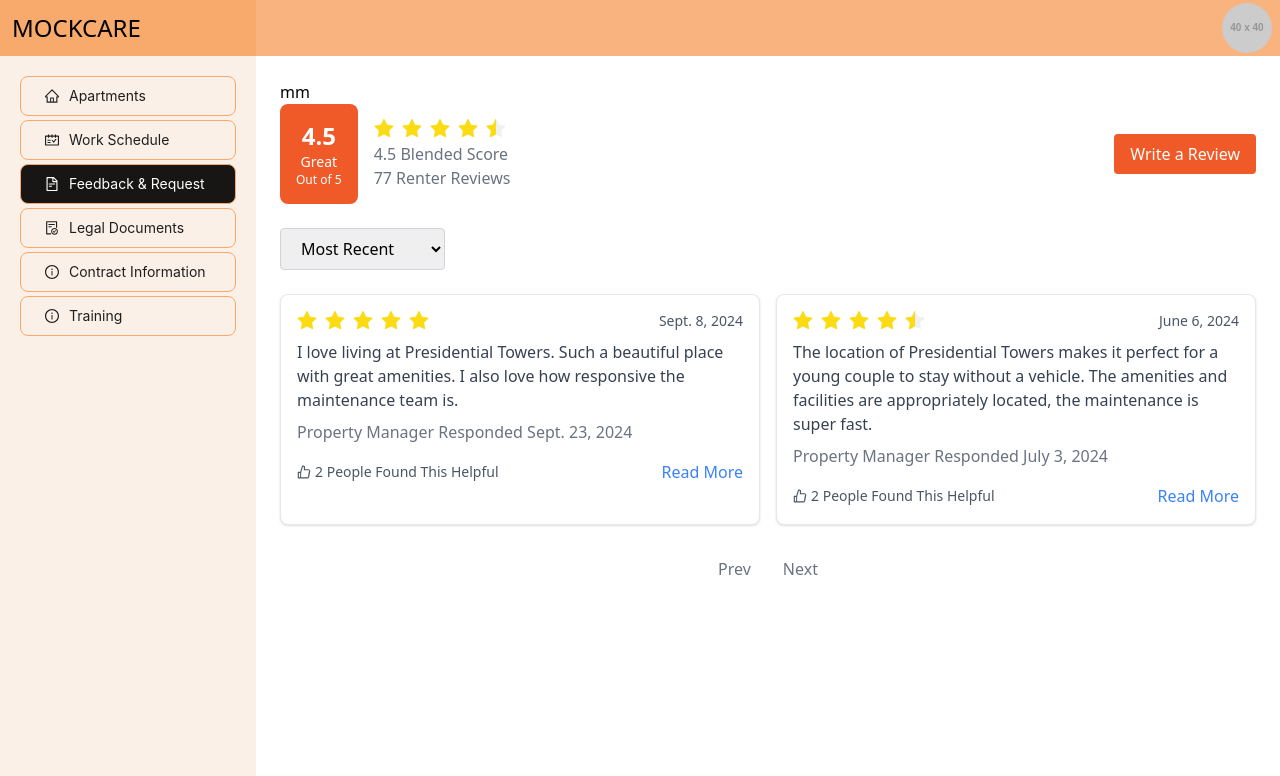
Repository: dunh-real/MockProject_102024_Nhom4
Page: / (app in frontend/)
These files come from the project's save history. The page is drawn as it stood at one moment and after the next save; the edit follows.
The browser window is 1280 px wide. The pictures show the whole page.
The project was rebuilt for these pictures with package versions that can differ from the ones it lists, and the page was loaded fresh each time. Also part of the build but not shown: frontend/vite.config.js, frontend/vite.config.ts, frontend/src/App.css, frontend/src/component/ReviewModal.tsx.

Above is the page before, as saved 2024-10-09 12:58:41.

### frontend/src/App.tsx

import './App.css'
import ReviewList from './pages/Feedback&Request/Feedback&Request'
// import LoginForm from './pages/Login/Login'

function App() {


  return (
    <>
      {/* <LoginForm/> */}
      <ReviewList/>
    </>
  )
}

export default App

### frontend/src/pages/Feedback&Request/Feedback&Request.tsx
import React, { useState } from 'react';
import { Rate } from 'antd'; // Dùng Antd cho Rate, có thể thay thế bằng biểu tượng của Tailwind nếu cần
import { LikeOutlined } from '@ant-design/icons';
import ReviewModal from '../../component/ReviewModal';
import Sidebar from '../../component/Sidebar';

interface Review {
    date: string;
    rating: number;
    text: string;
    managerResponse: string;
    helpfulCount: number;
}

const reviews: Review[] = [
    {
        date: 'Sept. 8, 2024',
        rating: 5,
        text: 'I love living at Presidential Towers. Such a beautiful place with great amenities. I also love how responsive the maintenance team is.',
        managerResponse: 'Property Manager Responded Sept. 23, 2024',
        helpfulCount: 2,
    },
    {
        date: 'June 6, 2024',
        rating: 4.5,
        text: 'The location of Presidential Towers makes it perfect for a young couple to stay without a vehicle. The amenities and facilities are appropriately located, the maintenance is super fast.',
        managerResponse: 'Property Manager Responded July 3, 2024',
        helpfulCount: 2,
    },
];

const ReviewList: React.FC = () => {
    const [showModal, setShowModal] = useState<boolean>(false);
    const [page, setPage] = useState<number>(1);

    const handlePageChange = (page: number) => {
        setPage(page);
    };

    const handleSortChange = (value: string) => {
        console.log(`Sort by: ${value}`);
    };

    return (
        <div className=" min-h-screen  bg-gray-50">
            <div className='flex  bg-[#f8a769d9]  justify-between items-center'>
                <div className=' bg-[#f8a769d9] p-3 w-1/5'>
                    <h1 className='text-2xl'>MOCKCARE</h1>
                </div>
                <div className="flex  justify-end">
                    <img
                        src="https://via.placeholder.com/40"
                        alt="Avatar"
                        className="rounded-full w-[50px] h-[50px] mr-2"
                    />
                </div>
            </div>
            <div className="flex">
                <Sidebar/>
                <div className="w-4/5 p-6 bg-white">
                <div>
                    mm
                </div>
                    <div className="flex justify-between items-center mb-6">
                        <div className="flex items-center">
                            <div className="bg-[#f05a28] text-white text-center p-4 rounded-lg">
                                <div className="text-2xl font-bold">4.5</div>
                                <div className="text-sm">Great</div>
                                <div className="text-xs">Out of 5</div>
                            </div>
                            <div className="ml-4">
                                <Rate allowHalf defaultValue={4.5} disabled />
                                <div className="text-gray-500">4.5 Blended Score</div>
                                <div className="text-gray-500">77 Renter Reviews</div>
                            </div>
                        </div>
                        <button
                            onClick={() => setShowModal(true)}
                            className="bg-[#f05a28] text-white px-4 py-2 rounded hover:bg-[#f25f30]"
                        >
                            Write a Review
                        </button>
                    </div>
                    <div className="mb-6 flex justify-between">
                        <select
                            onChange={(e) => handleSortChange(e.target.value)}
                            className="border border-gray-300 rounded px-4 py-2"
                        >
                            <option value="recent">Most Recent</option>
                            <option value="highest">Highest Rating</option>
                            <option value="lowest">Lowest Rating</option>
                        </select>
                    </div>
                    <div className="grid grid-cols-1 md:grid-cols-2 gap-4">
                        {reviews.slice((page - 1) * 2, page * 2).map((review, index) => (
                            <div key={index} className="p-4 border border-gray-200 rounded-lg bg-white shadow">
                                <div className="flex justify-between items-center mb-2">
                                    <Rate allowHalf defaultValue={review.rating} disabled />
                                    <span className="text-sm text-gray-600">{review.date}</span>
                                </div>
                                <p className="text-gray-700">{review.text}</p>
                                <p className="text-gray-500 mt-2">{review.managerResponse}</p>
                                <div className="flex justify-between items-center mt-4">
                                    <div className="flex items-center text-sm text-gray-600">
                                        <LikeOutlined className="mr-1" />
                                        {review.helpfulCount} People Found This Helpful
                                    </div>
                                    <button className="text-blue-500">Read More</button>
                                </div>
                            </div>
                        ))}
                    </div>
                    <div className="flex justify-center mt-6">
                        <button
                            onClick={() => handlePageChange(page - 1)}
                            className="px-4 py-2 text-gray-500"
                            disabled={page === 1}
                        >
                            Prev
                        </button>
                        <button
                            onClick={() => handlePageChange(page + 1)}
                            className="px-4 py-2 text-gray-500"
                        >
                            Next
                        </button>
                    </div>
                </div>
            </div>
            {showModal && <ReviewModal setShowModal={setShowModal} />}
        </div>
    );
};

export default ReviewList;

### frontend/src/component/Sidebar.tsx
import { Menu } from 'antd';
import { HomeOutlined, ScheduleOutlined, FileTextOutlined, FileDoneOutlined, InfoCircleOutlined } from '@ant-design/icons';

const Sidebar = () => {
  return (
    <div style={{ width: '20%', minHeight: '100vh', backgroundColor: '#FAF0E8', padding: '1rem' }}>
      <Menu
        defaultSelectedKeys={['feedback']}
        mode="inline"
        style={{ backgroundColor: '#FAF0E8', borderRight: 0 }}
      >
        <Menu.Item
          key="apartments"
          icon={<HomeOutlined />}
          style={{
            padding: '12px 24px',
            border:1, borderStyle:'solid', borderColor:'#F8A869'
          }}
        >
          Apartments
        </Menu.Item>
        <Menu.Item
          key="schedule"
          icon={<ScheduleOutlined />}
          style={{
            padding: '12px 24px',
            border:1, borderStyle:'solid', borderColor:'#F8A869'
          }}
        >
          Work Schedule
        </Menu.Item>
        <Menu.Item
          key="feedback"
          icon={<FileTextOutlined />}
          style={{
            backgroundColor: '#171615',
            color: 'white',
            padding: '12px 24px',
            border:1, borderStyle:'solid', borderColor:'#F8A869'
          }}
        >
          Feedback & Request
        </Menu.Item>
        <Menu.Item
          key="legal"
          icon={<FileDoneOutlined />}
          style={{
            padding: '12px 24px',
            border:1, borderStyle:'solid', borderColor:'#F8A869'
          }}
        >
          Legal Documents
        </Menu.Item>
        <Menu.Item
          key="contract"
          icon={<InfoCircleOutlined />}
          style={{
            padding: '12px 24px',
            border:1, borderStyle:'solid', borderColor:'#F8A869'
          }}
        >
          Contract Information
        </Menu.Item>
        <Menu.Item
          key="training"
          icon={<InfoCircleOutlined />}
          style={{
            padding: '12px 24px',
            border: 1, borderStyle: 'solid', borderColor: '#F8A869'
          }}
        >
          Training
        </Menu.Item>
      </Menu>
    </div>
  );
};

export default Sidebar;

Loaded but not shown: frontend/index.html (common file); frontend/src/main.jsx (common file); frontend/src/index.css (common file); frontend/tailwind.config.js (common file)

After the next save:
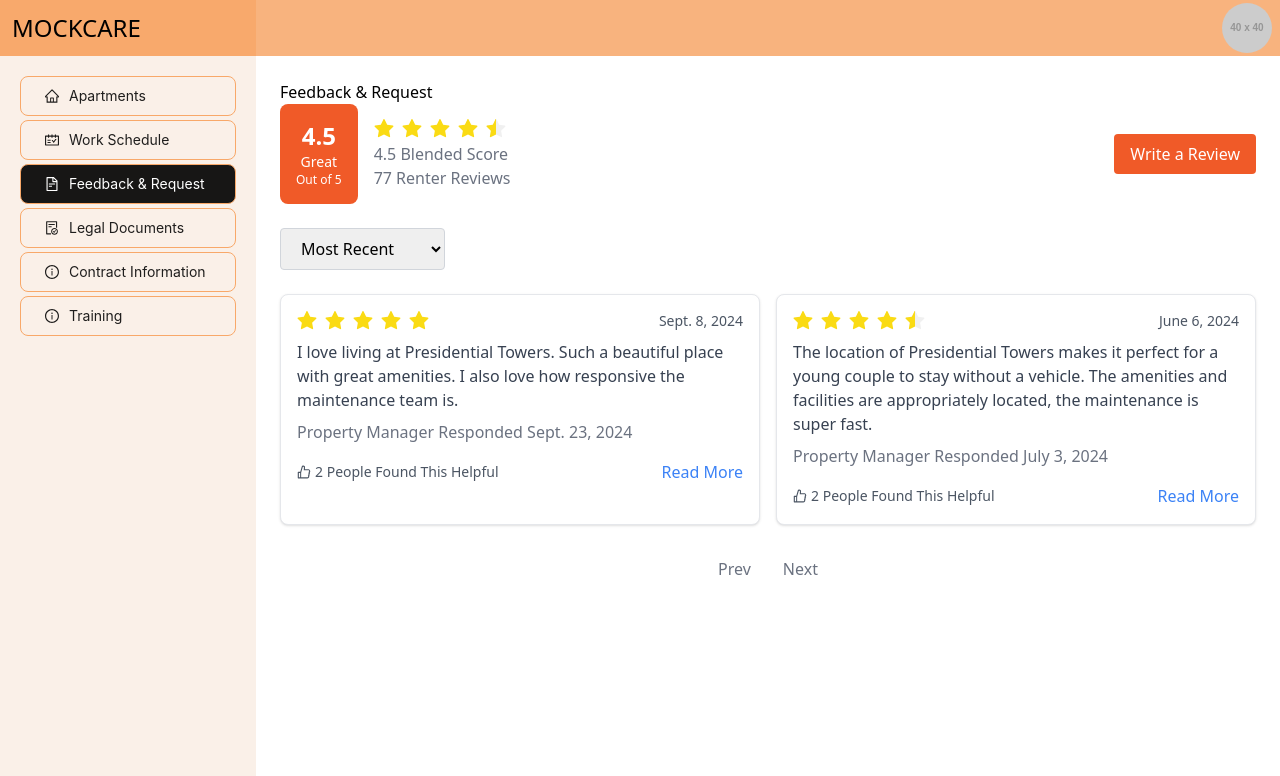
Saved 22 s later.
--- a/frontend/src/pages/Feedback&Request/Feedback&Request.tsx
+++ b/frontend/src/pages/Feedback&Request/Feedback&Request.tsx
@@ -56,11 +56,11 @@ const ReviewList: React.FC = () => {
                 </div>
             </div>
             <div className="flex">
-                <Sidebar/>
+                <Sidebar />
                 <div className="w-4/5 p-6 bg-white">
-                <div>
-                    mm
-                </div>
+                    <div>
+                        <h2>Feedback & Request</h2>
+                    </div>
                     <div className="flex justify-between items-center mb-6">
                         <div className="flex items-center">
                             <div className="bg-[#f05a28] text-white text-center p-4 rounded-lg">
